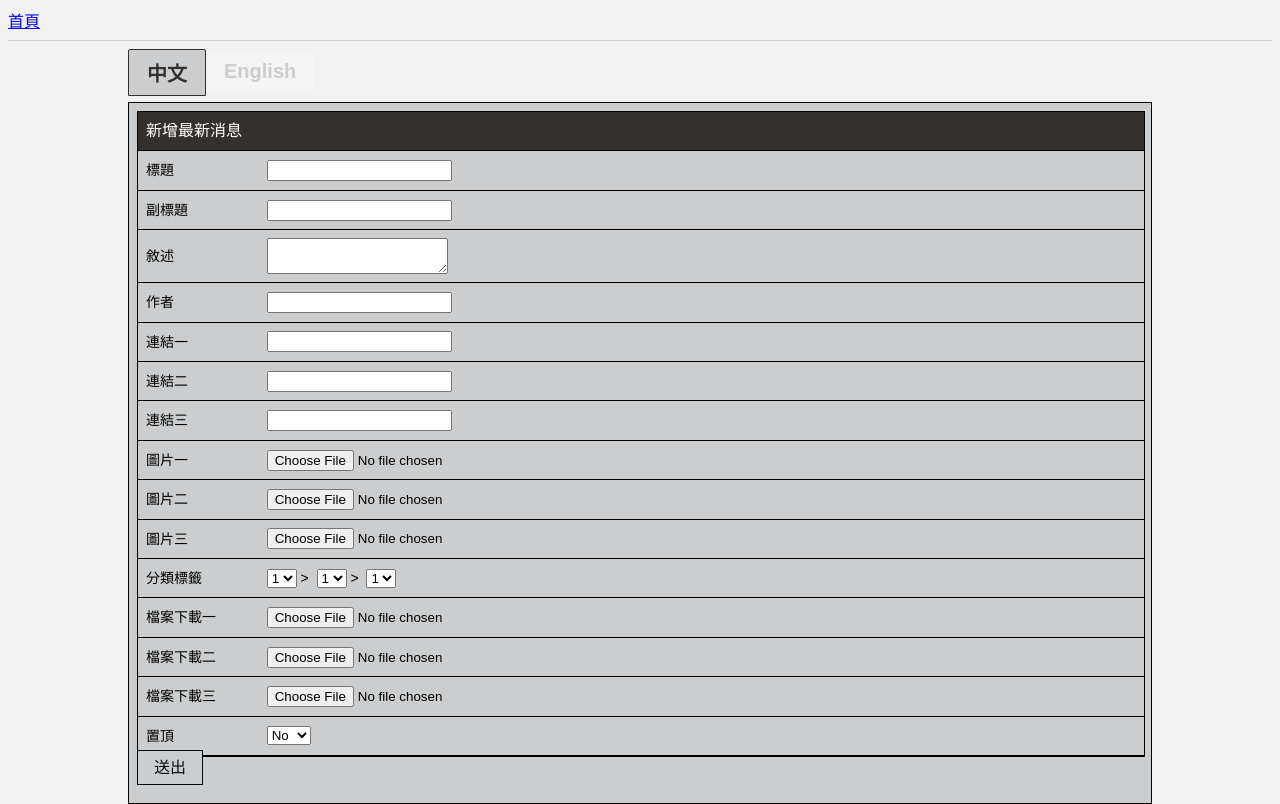
Repository: Naokiyuy/DigitalHum
Page: http://localhost/digital/backend/hotnews/hotnews-add.jsp
An editor plug-in stored every save of this project. The page is shown before and after the next save, followed by the edit.
The browser window is 1280 px wide. The pictures show the whole page.
Some web libraries are served in a nearby version. The page is served by Tomcat 9.

Above is the page before, as saved 2015-03-11 19:39:36.

After the next save:
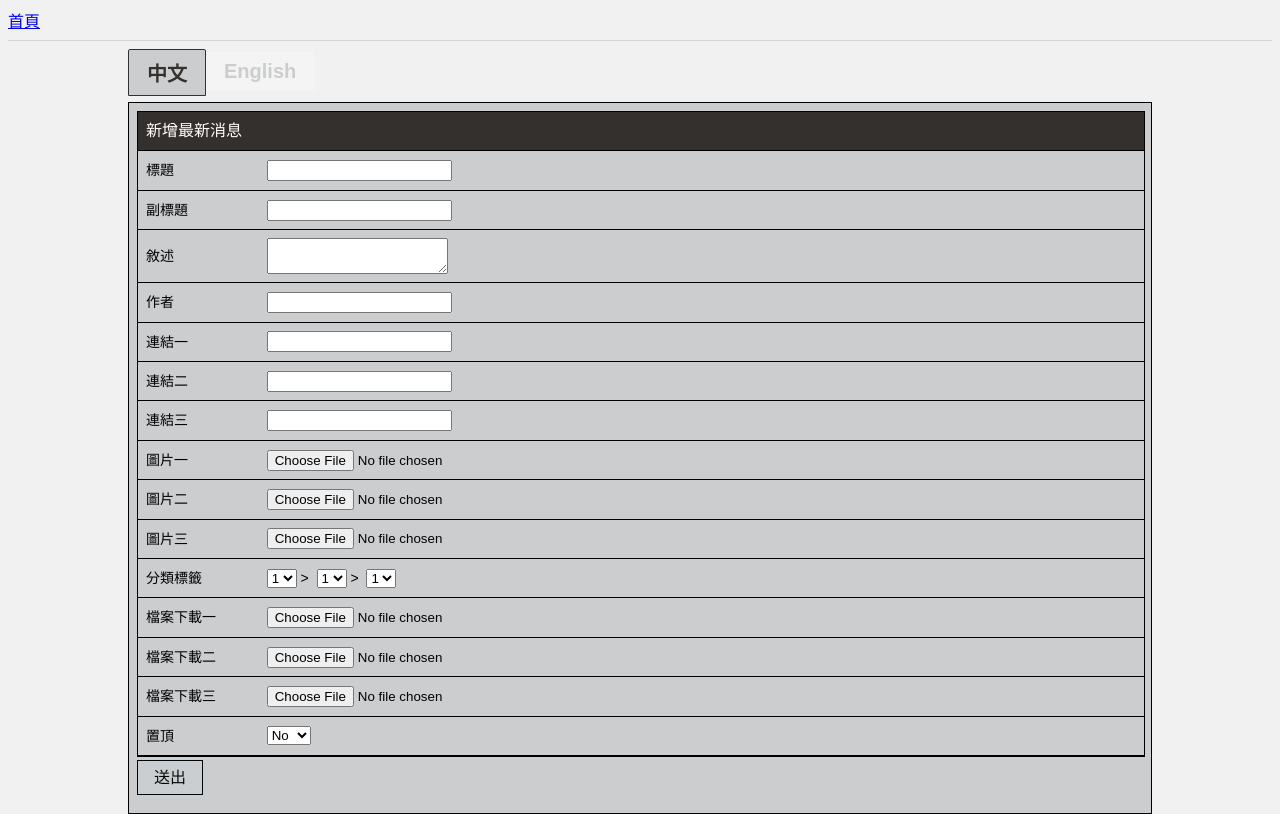
Saved 40 s later.
--- a/digital/src/main/webapp/backend/css/hotnews/add.css
+++ b/digital/src/main/webapp/backend/css/hotnews/add.css
@@ -120,7 +120,7 @@ body{
 
 .action_btn{
 	max-width:1024px;
-	margin-top:auto;
+	margin-top:10px;
 	margin-right:auto;
 	margin-bottom: 15px;
 	margin-left:auto;
